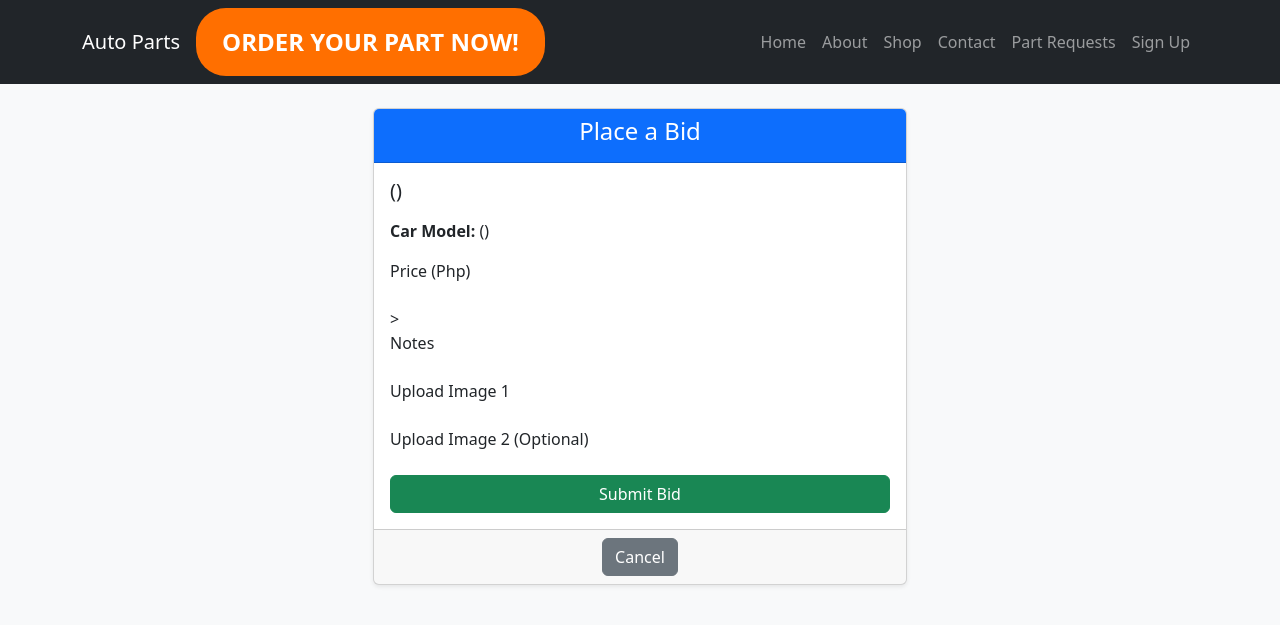
Repository: Jijiluzana225/onlineparts
Page: orders/templates/orders/place_bid.html
An editor plug-in stored every save of this project. The page is shown before and after the next save, followed by the edit.
The browser window is 1280 px wide. The pictures show the whole page.
The page is served by the project's application, run on Django 5.2 (manage.py). Other server files are loaded and not shown. The template is opened directly, without the code that normally fills it, so the values that code supplies are empty.

Above is the page before, as saved 2025-02-19 14:30:51.

### orders/templates/orders/place_bid.html
{% extends 'orders/landing.html' %}

{% block content %}
<div class="container mt-4">
    <div class="row justify-content-center">
        <div class="col-lg-6 col-md-8">
            <div class="card shadow-sm">
                <div class="card-header bg-primary text-white text-center">
                    <h4>Place a Bid</h4>
                </div>
                <div class="card-body">
                    <h5 class="mb-3">{{ part_request.part_name }} ({{ part_request.brand }})</h5>
                    <p><strong>Car Model:</strong> {{ part_request.car_model }} ({{ part_request.year }})</p>

                    <form method="post" enctype="multipart/form-data">
                        {% csrf_token %}
                        <div class="mb-3">
                            <label class="form-label" style="font-size: largest">Price (Php)</label>
                            {{ form.price }}
                        </div>>
                        <div class="mb-3">
                            <label class="form-label">Notes</label>
                            {{ form.notes }}
                        </div>
                        <div class="mb-3">
                            <label class="form-label">Upload Image 1</label>
                            {{ form.image1 }}
                        </div>
                        <div class="mb-3">
                            <label class="form-label">Upload Image 2 (Optional)</label>
                            {{ form.image2 }}
                        </div>
                        <button type="submit" class="btn btn-success w-100">Submit Bid</button>
                    </form>
                </div>
                <div class="card-footer text-center">
                    <a href="{% url 'part_request_detail' part_request.id %}" class="btn btn-secondary">Cancel</a>
                </div>
            </div>
        </div>
    </div>
</div>
{% endblock %}

### orders/templates/orders/landing.html
<!DOCTYPE html>
<html lang="en">
<head>
    <meta charset="UTF-8">
    <meta name="viewport" content="width=device-width, initial-scale=1">
    <title>{% block title %}Landing Page{% endblock %}</title>
    <link href="https://cdn.jsdelivr.net/npm/bootstrap@5.3.0/dist/css/bootstrap.min.css" rel="stylesheet">
    <style>
        body {
            background-color: #f8f9fa;
        }
        .hero {
            height: 80vh;
            display: flex;
            align-items: center;
            justify-content: center;
            text-align: center;
            background: url('https://source.unsplash.com/1600x900/?car,parts') no-repeat center center/cover;
            color: white;
            position: relative;
        }
        .hero-overlay {
            background: black;
            padding: 50px;
            border-radius: 10px;
        }
        .btn-custom {
            background-color: #ff6f00;
            color: white;
            border-radius: 30px;
            padding: 15px 25px;
            font-size: 1.5rem;
            font-weight: bold;
            text-transform: uppercase;
            transition: background 0.3s ease;
        }
        .btn-custom:hover {
            background-color: #e65c00;
        }
    </style>
    {% block extra_css %}{% endblock %}
</head>
<body>

<!-- Navbar -->
<nav class="navbar navbar-expand-lg navbar-dark bg-dark">
    <div class="container">
        <a class="navbar-brand" href="{% url 'home' %}">Auto Parts</a>
        <a href="{% url 'order_part' %}" class="btn btn-custom">Order Your Part Now!</a>

        <button class="navbar-toggler" type="button" data-bs-toggle="collapse" data-bs-target="#navbarNav">
            <span class="navbar-toggler-icon"></span>
        </button>
        <div class="collapse navbar-collapse" id="navbarNav">
            <ul class="navbar-nav ms-auto">
                <li class="nav-item"><a class="nav-link" href="{% url 'home' %}">Home</a></li>
                <li class="nav-item"><a class="nav-link" href="#">About</a></li>
                <li class="nav-item"><a class="nav-link" href="#">Shop</a></li>
                <li class="nav-item"><a class="nav-link" href="#">Contact</a></li>
                <li class="nav-item"><a class="nav-link" href="{% url 'part_request_list' %}">Part Requests</a></li>

                {% if user.is_authenticated %}
                    <li class="nav-item dropdown">
                        <a class="nav-link dropdown-toggle" href="#" id="userDropdown" role="button" data-bs-toggle="dropdown">
                            {{ user.username }}
                        </a>
                        <ul class="dropdown-menu">
                            <li><a class="dropdown-item" href="{% url 'profile_update' %}">Profile</a></li>
                            <li>
                                <form method="post" action="{% url 'logout' %}">
                                    {% csrf_token %}
                                    <button type="submit" class="dropdown-item">Logout</button>
                                </form>
                            </li>
                        </ul>
                    </li>
                {% else %}
                    <li class="nav-item"><a class="nav-link btn btn-secondary" href="{% url 'register' %}">Sign Up</a></li>
                {% endif %}
            </ul>
        </div>
    </div>
</nav>

<!-- Hero Section -->
{% comment %} <div class="hero">
    <div class="hero-overlay">
        <h1 class="mb-4">Request Your Auto Parts Here!</h1>
        <a href="{% url 'order_part' %}" class="btn btn-custom">Order Your Part Now!</a>
    </div>
</div> {% endcomment %}

<!-- Main Content -->
<main class="container mt-4">
    {% block content %}
    {% endblock %}
</main>

<!-- Bootstrap JS -->
<script src="https://cdn.jsdelivr.net/npm/bootstrap@5.3.0/dist/js/bootstrap.bundle.min.js"></script>
{% block extra_js %}{% endblock %}
</body>
</html>

### Onlinespareparts/urls.py
from django.contrib import admin
from django.urls import path, include
from django.conf import settings
from django.conf.urls.static import static

urlpatterns = [
    path('admin/', admin.site.urls),
    path('', include('orders.urls')),
]

urlpatterns += static(settings.MEDIA_URL, document_root=settings.MEDIA_ROOT)

### orders/urls.py
from django.urls import path
from .views import *
from django.contrib.auth import views as auth_views


urlpatterns = [
    path('register/', register_view, name='register'),
    path('login/', auth_views.LoginView.as_view(template_name='orders/login.html'), name='login'),
    path('logout/', auth_views.LogoutView.as_view(next_page='login'), name='logout'),
    path('', landing_page, name='home'),  # This makes the landing page accessible at "/"
    path('profile/update/', profile_update_view, name='profile_update'),
    path("order/", order_part_view, name="order_part"),
    path("order-success/", order_success, name="order_success"),
    path('part-requests/', part_request_list, name='part_request_list'),
    path('part-requests/<int:pk>/', part_request_detail, name='part_request_detail'),
    path("bid/<int:part_request_id>/", place_bid, name="place_bid"),
]

After the next save:
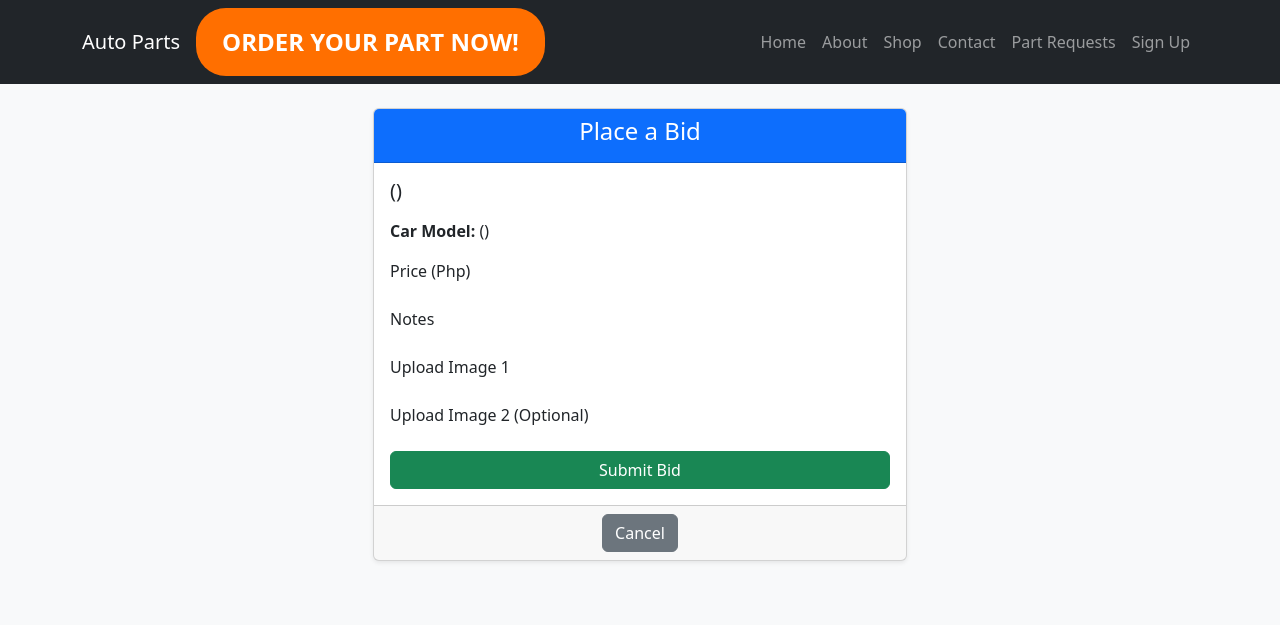
Saved 16 s later.
--- a/orders/templates/orders/place_bid.html
+++ b/orders/templates/orders/place_bid.html
@@ -17,7 +17,7 @@
                         <div class="mb-3">
                             <label class="form-label" style="font-size: largest">Price (Php)</label>
                             {{ form.price }}
-                        </div>>
+                        </div>
                         <div class="mb-3">
                             <label class="form-label">Notes</label>
                             {{ form.notes }}
